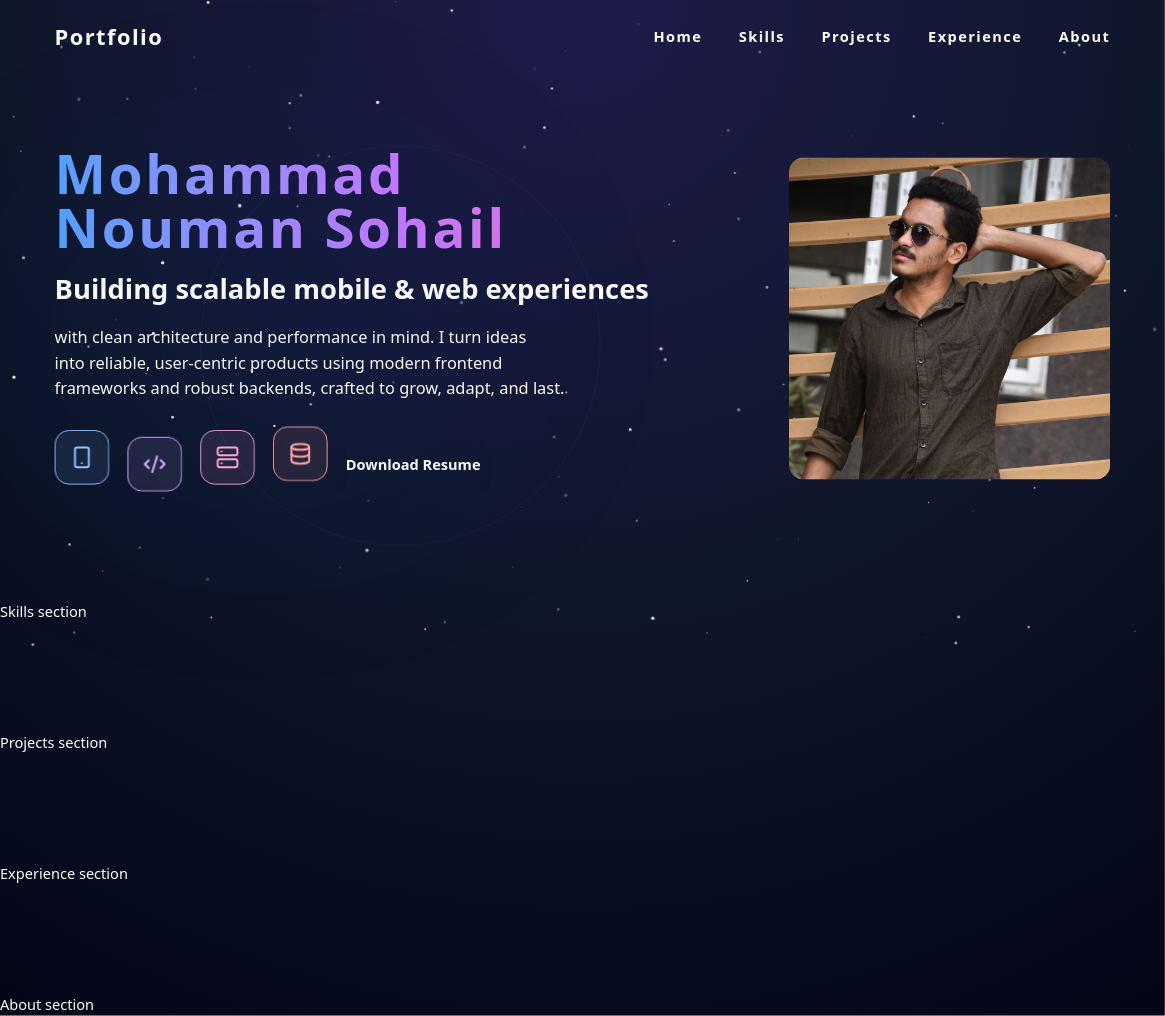
Repository: NoumanSohail/Nouman-Sohail-Portfolio
Page: /
An editor plug-in stored every save of this project. The page is shown before and after the next save, followed by the edit.
The browser window is 1280 px wide. The pictures show the whole page, at 91% of full size.
The project was rebuilt for these pictures with package versions that can differ from the ones it lists, and the page was loaded fresh each time. The framework's server and built-in components were replaced by stand-ins that run in the browser. Also part of the build but not shown: next.config.ts.

Above is the page before, as saved 2026-01-24 21:23:02.

After the next save:
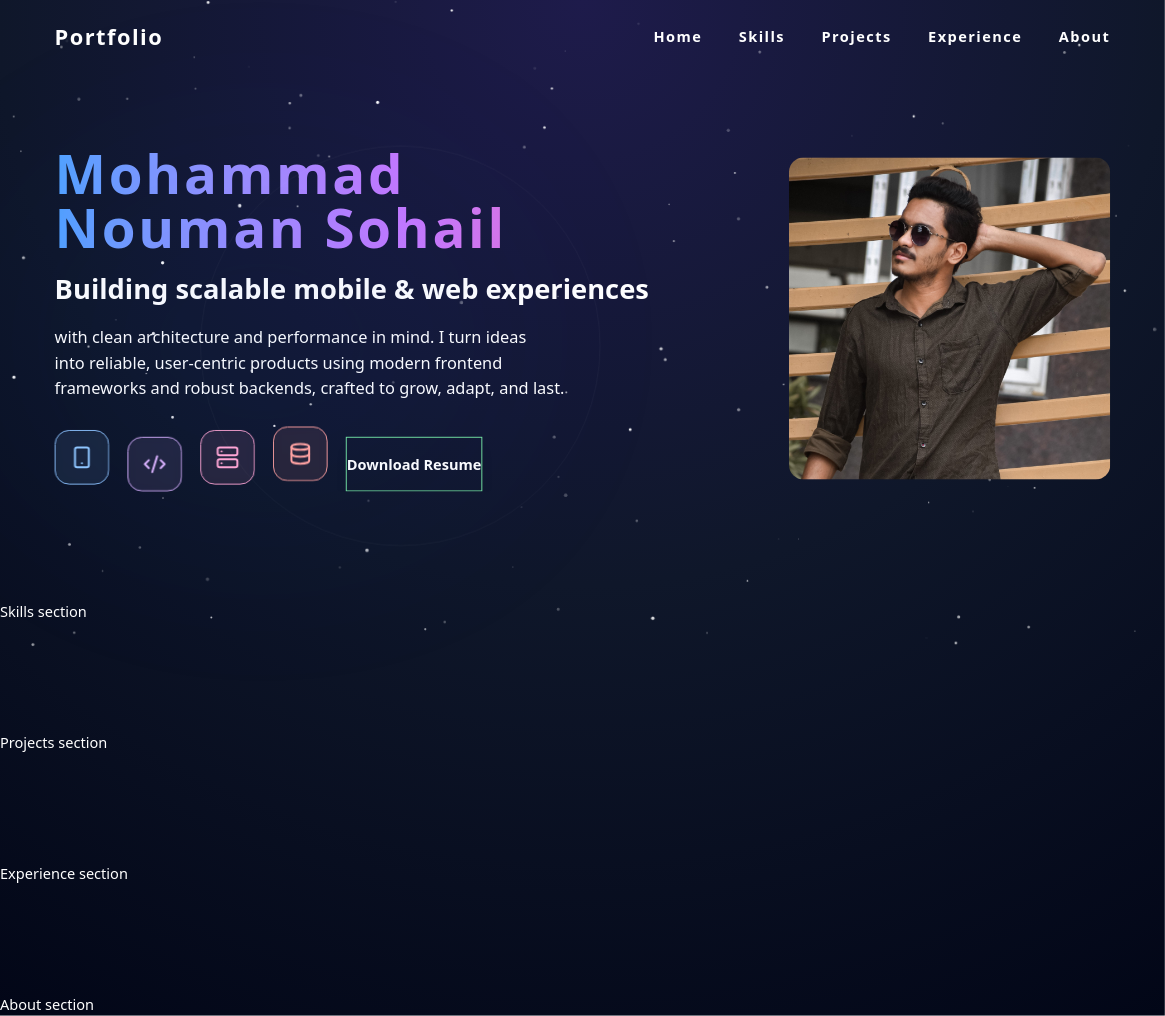
Saved 11 s later.
--- a/app/components/sections/Hero.tsx
+++ b/app/components/sections/Hero.tsx
@@ -82,7 +82,7 @@ const Hero = () => {
                         border-red-300 hover:border-red-300 text-red-300 hover:text-red-300
                         transition-all duration-300 animate-bounce [animation-delay:300ms]"
               />
-              <Button title="Download Resume" onClick={() => {}} className="border-green-300" />
+              <Button title="Download Resume" onClick={() => {}} className="border border-green-300" />
             </div>
           </motion.div>
         </div>
